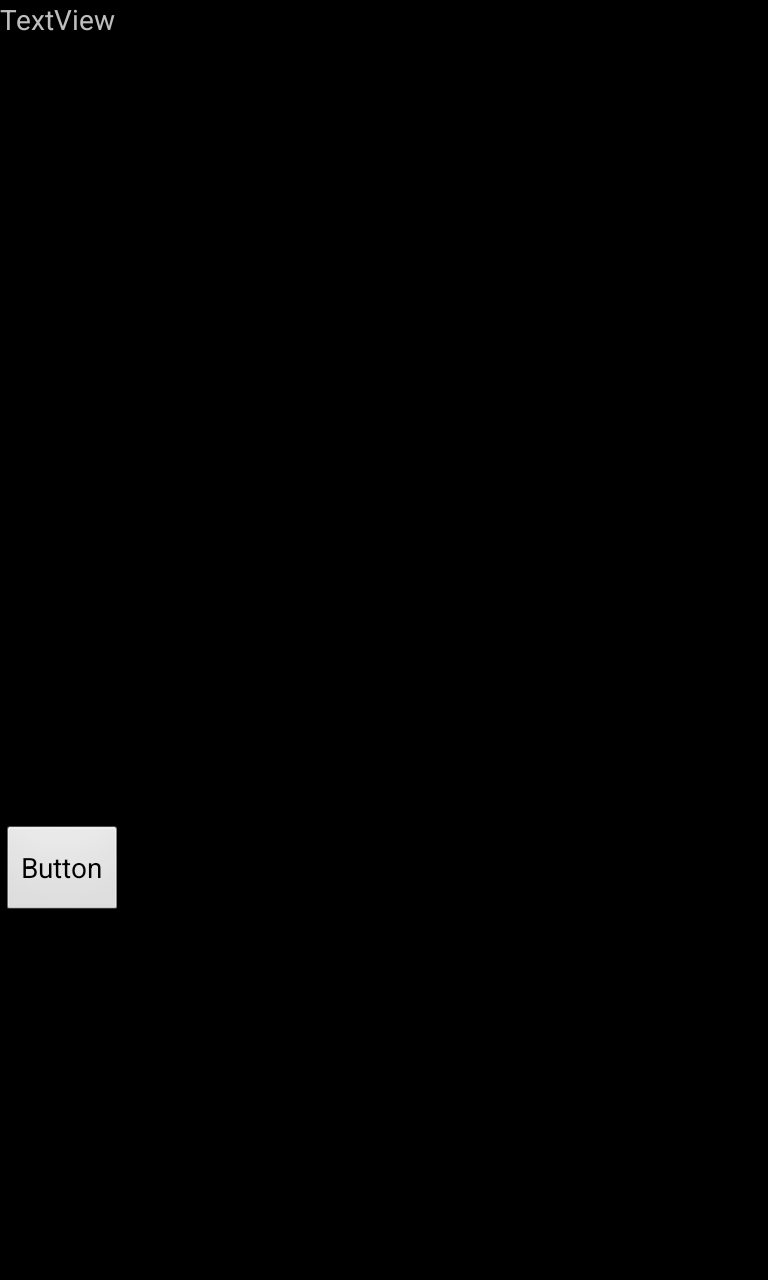
Repository: webguild/RedmineMobile
Layout: Android/parstest/res/layout/activity_main.xml
The author's editor kept a copy of each file at every save. The layout is drawn from the files as they stood at one save, then again after the next save.
It is drawn on a 768 x 1280 px phone screen (xhdpi) without system bars, with theme android:Theme; the app's code is not run.

Above is the layout before, as saved 2013-01-23 14:59:53.

### Android/parstest/res/layout/activity_main.xml
<LinearLayout xmlns:android="http://schemas.android.com/apk/res/android"
    xmlns:tools="http://schemas.android.com/tools"
    android:id="@+id/LinearLayout2"
    android:layout_width="match_parent"
    android:layout_height="match_parent"
    android:orientation="vertical"
    tools:context=".MainActivity" >

<ScrollView
    android:layout_width="fill_parent"
    android:layout_height="412dp" >
"
    <TextView
        android:id="@+id/tvHttp"
        android:layout_width="match_parent"
        android:layout_height="wrap_content"
        android:layout_weight="0.93"
        android:text="TextView" />
</ScrollView>

<Button
    android:id="@+id/button1"
    android:layout_width="wrap_content"
    android:layout_height="wrap_content"
    android:text="Button" />

</LinearLayout>

After the next save:
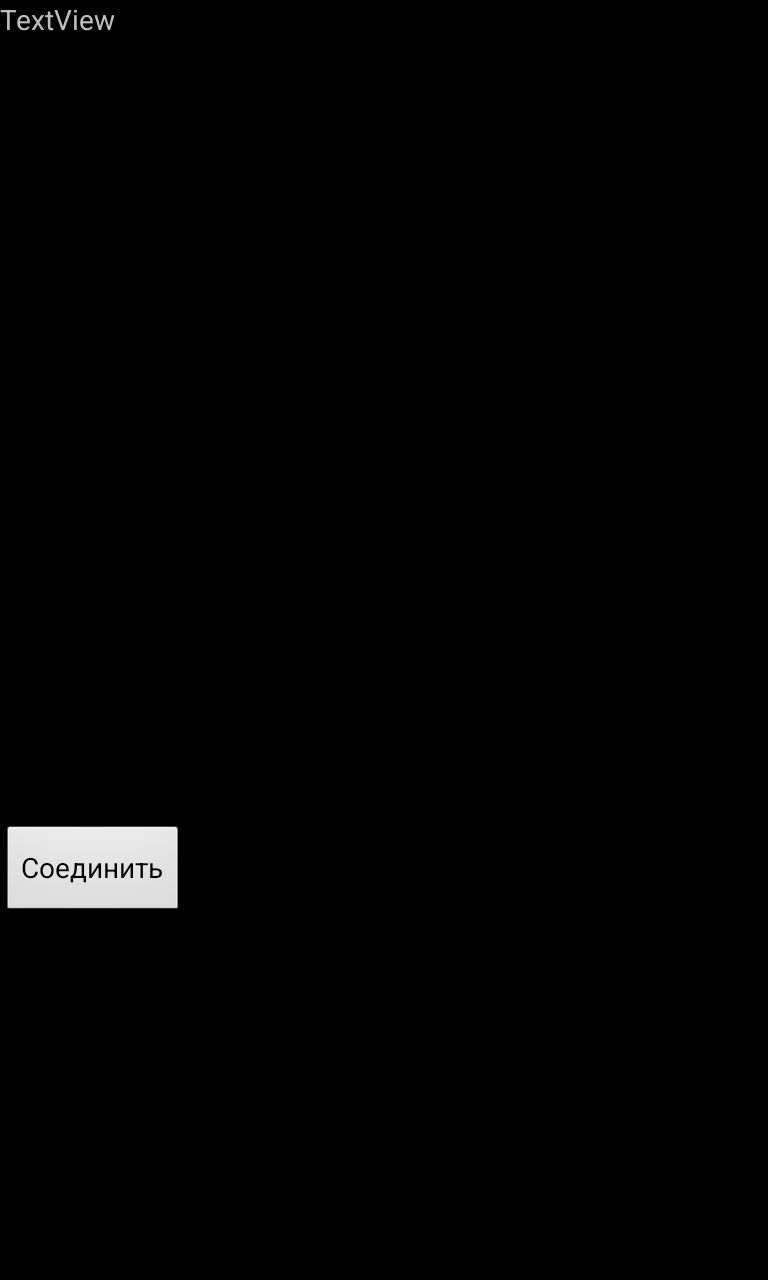
Saved 93 s later.
--- a/Android/parstest/res/layout/activity_main.xml
+++ b/Android/parstest/res/layout/activity_main.xml
@@ -22,6 +22,6 @@
     android:id="@+id/button1"
     android:layout_width="wrap_content"
     android:layout_height="wrap_content"
-    android:text="Button" />
+    android:text="Соединить" />
 
 </LinearLayout>
